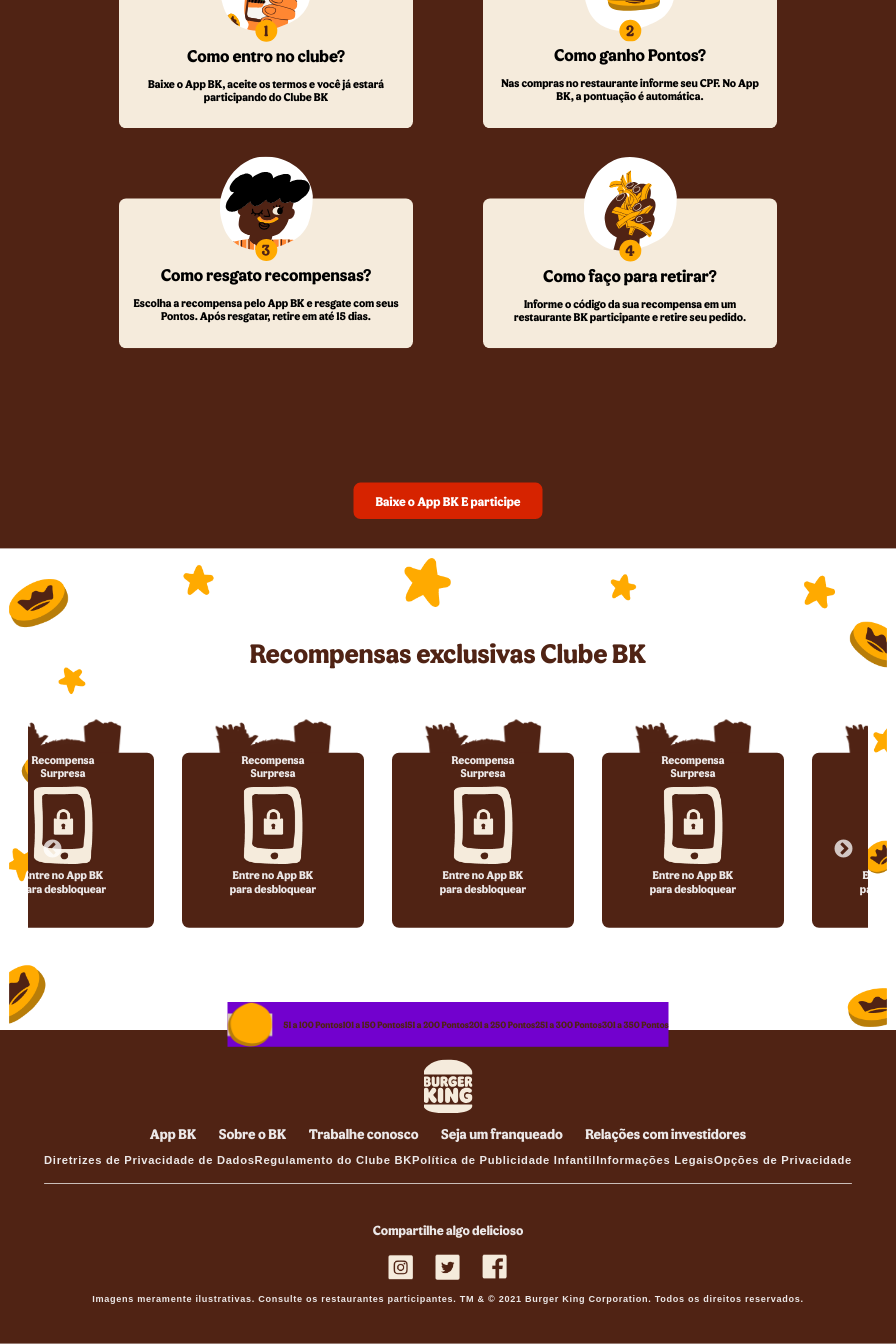
Repository: francisguitt/BurgerKing
Page: src/pages/club-bk.html
These files come from the project's save history. The page is drawn as it stood at one moment and after the next save; the edit follows.
The browser window is 1280 px wide. The pictures show the part of the page from y = 1898 to 3818 px (the page is 3818 px tall), at 70% of full size.

Above is the page before, as saved 2025-04-16 11:03:35.

After the next save:
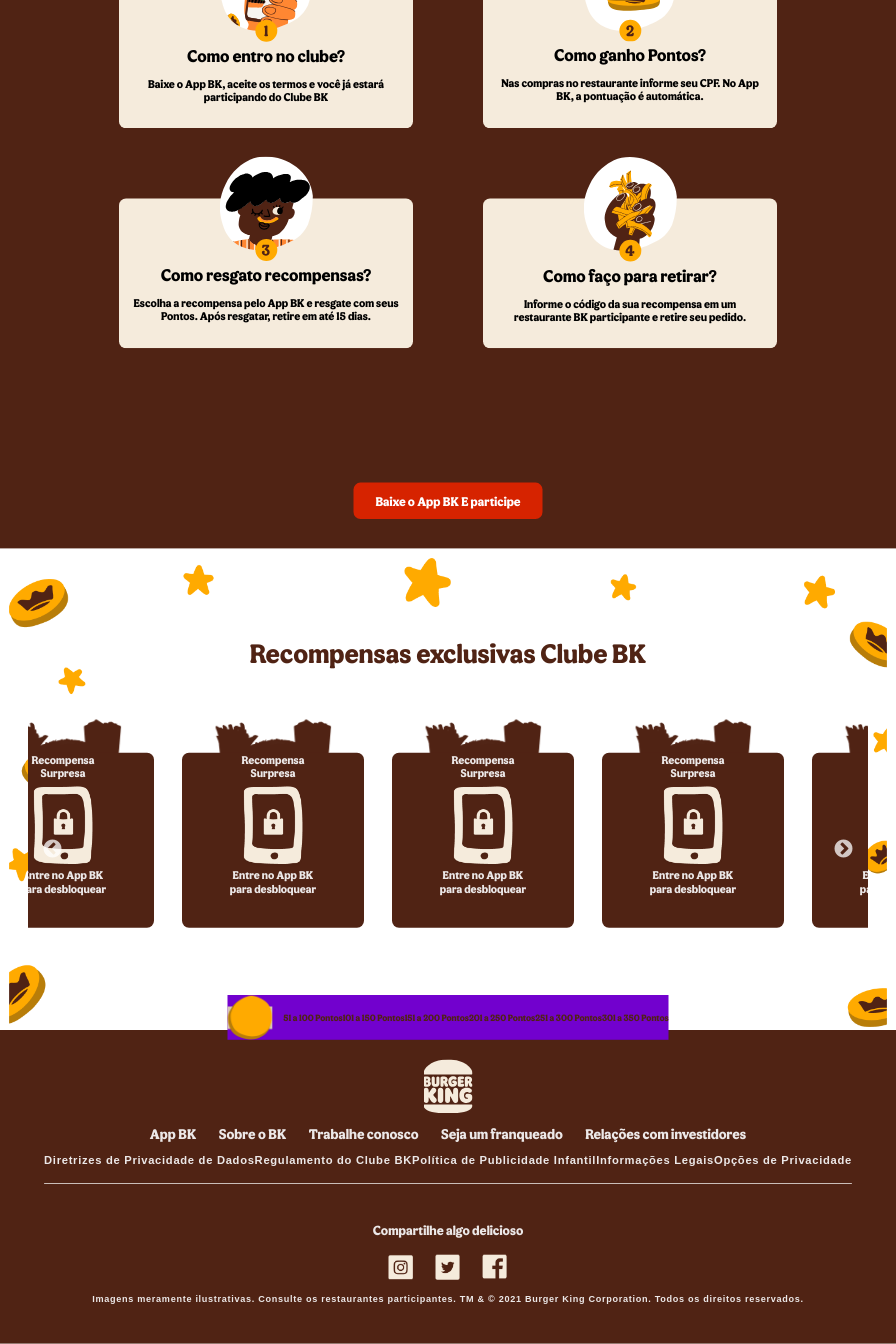
Saved 9 s later.
--- a/src/assets/styles/club-bk.css
+++ b/src/assets/styles/club-bk.css
@@ -271,7 +271,6 @@
 .dots-content {
     display: flex;
     align-items: center;
-    margin: 10px 10px 2px;
     flex-wrap: nowrap;
    background-color: #7201ce;
 
